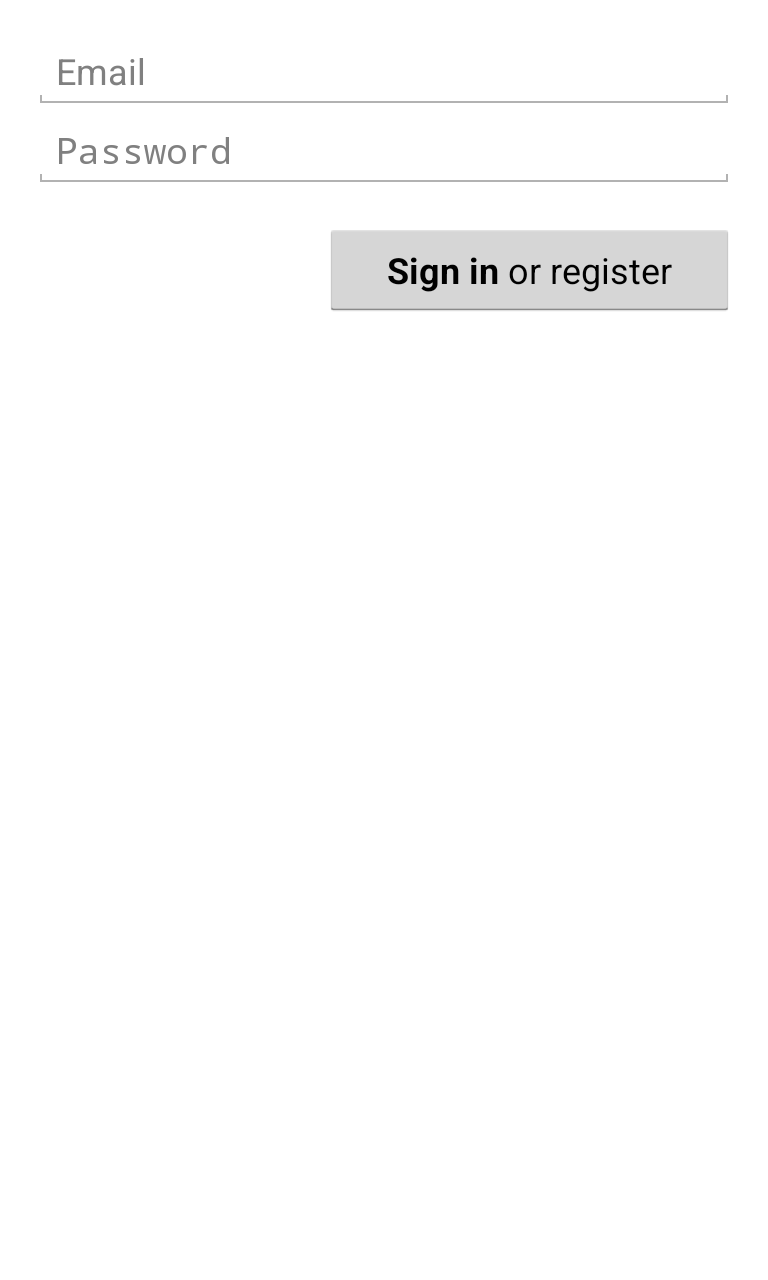
Repository: Lorvak/Pedido
Layout: workspace/Pedido/res/layout/activity_login.xml
The author's editor kept a copy of each file at every save. The layout is drawn from the files as they stood at one save, then again after the next save.
It is drawn on a 768 x 1280 px phone screen (xhdpi) without system bars, with theme AppTheme; the app's code is not run.

Above is the layout before, as saved 2012-11-23 11:47:23.

### workspace/Pedido/res/layout/activity_login.xml
<merge xmlns:android="http://schemas.android.com/apk/res/android"
    xmlns:tools="http://schemas.android.com/tools"
    tools:context=".Login" >

    <!-- Login progress -->

    <LinearLayout
        android:id="@+id/login_status"
        android:layout_width="wrap_content"
        android:layout_height="wrap_content"
        android:layout_gravity="center"
        android:gravity="center_horizontal"
        android:orientation="vertical"
        android:visibility="gone" >

        <ProgressBar
            style="?android:attr/progressBarStyleLarge"
            android:layout_width="wrap_content"
            android:layout_height="wrap_content"
            android:layout_marginBottom="8dp" />

        <TextView
            android:id="@+id/login_status_message"
            android:layout_width="wrap_content"
            android:layout_height="wrap_content"
            android:layout_marginBottom="16dp"
            android:fontFamily="sans-serif-light"
            android:text="@string/login_progress_signing_in"
            android:textAppearance="?android:attr/textAppearanceMedium" />
    </LinearLayout>

    <!-- Login form -->

    <ScrollView
        android:id="@+id/login_form"
        android:layout_width="match_parent"
        android:layout_height="match_parent" >

        <LinearLayout
            style="@style/LoginFormContainer"
            android:orientation="vertical" >

            <EditText
                android:id="@+id/email"
                android:layout_width="match_parent"
                android:layout_height="wrap_content"
                android:hint="@string/prompt_email"
                android:inputType="textEmailAddress"
                android:maxLines="1"
                android:singleLine="true" />

            <EditText
                android:id="@+id/password"
                android:layout_width="match_parent"
                android:layout_height="wrap_content"
                android:hint="@string/prompt_password"
                android:imeActionId="@+id/login"
                android:imeActionLabel="@string/action_sign_in_short"
                android:imeOptions="actionUnspecified"
                android:inputType="textPassword"
                android:maxLines="1"
                android:singleLine="true" />

            <Button
                android:id="@+id/sign_in_button"
                android:layout_width="wrap_content"
                android:layout_height="wrap_content"
                android:layout_gravity="right"
                android:layout_marginTop="16dp"
                android:paddingLeft="32dp"
                android:paddingRight="32dp"
                android:text="@string/action_sign_in_register" />
        </LinearLayout>
    </ScrollView>

</merge>

### workspace/Pedido/res/values/strings_activity_login.xml
<resources>

    <!-- Strings related to login -->
    <string name="prompt_email">Email</string>
    <string name="prompt_password">Password</string>
    <string name="action_sign_in_register"><b>Sign in</b> or register</string>
    <string name="action_sign_in_short">Sign in</string>
    <string name="menu_forgot_password">Recover lost password</string>
    <string name="login_progress_signing_in">Signing in&#8230;</string>
    <string name="error_invalid_email">This email address is invalid</string>
    <string name="error_invalid_password">This password is too short</string>
    <string name="error_incorrect_password">This password is incorrect</string>
    <string name="error_field_required">This field is required</string>

</resources>

### workspace/Pedido/res/values/strings.xml
<resources>

    <string name="app_name">Pedido</string>

    <string name="login">Usuario</string>

</resources>

Loaded but not shown: workspace/Pedido/res/values/styles.xml (common file); workspace/Pedido/res/values-v11/styles.xml (common file); workspace/Pedido/res/values-v14/styles.xml (common file)

After the next save:
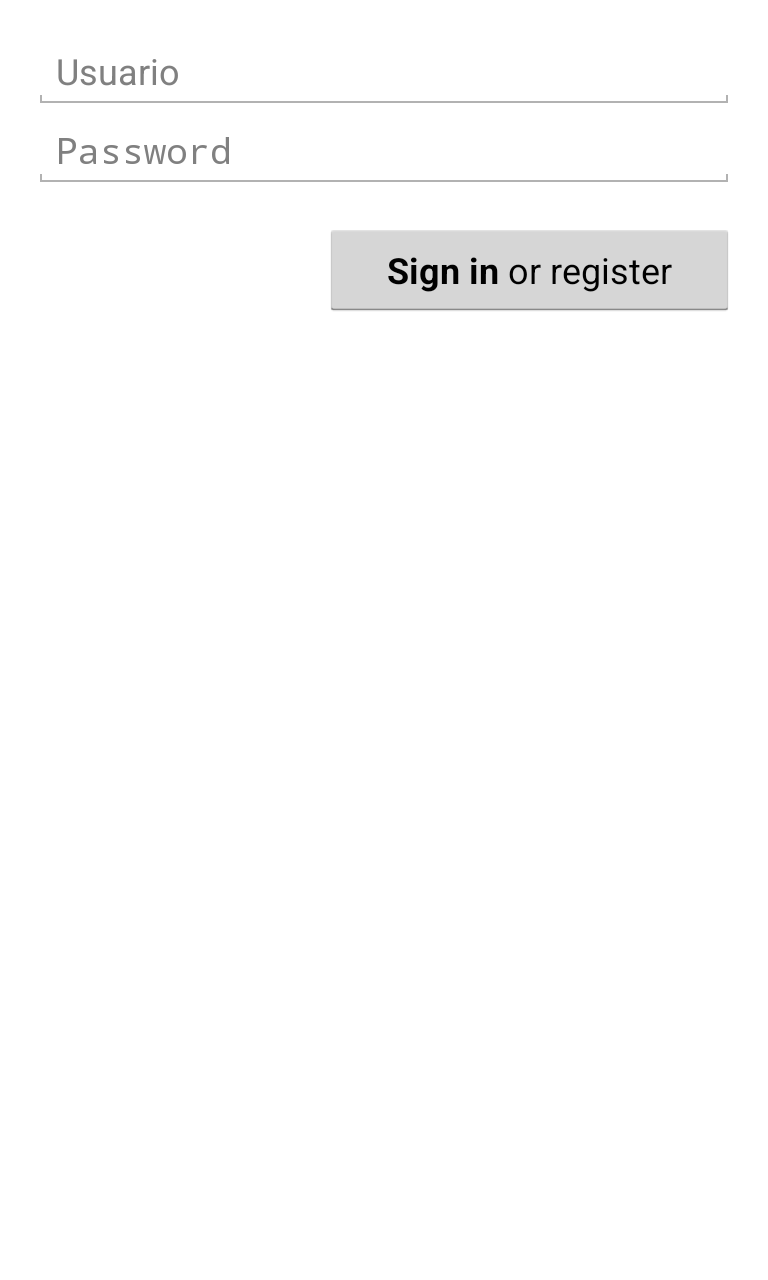
Saved 60 s later.
--- a/workspace/Pedido/res/layout/activity_login.xml
+++ b/workspace/Pedido/res/layout/activity_login.xml
@@ -44,7 +44,7 @@
                 android:id="@+id/email"
                 android:layout_width="match_parent"
                 android:layout_height="wrap_content"
-                android:hint="@string/prompt_email"
+                android:hint="@string/login"
                 android:inputType="textEmailAddress"
                 android:maxLines="1"
                 android:singleLine="true" />
